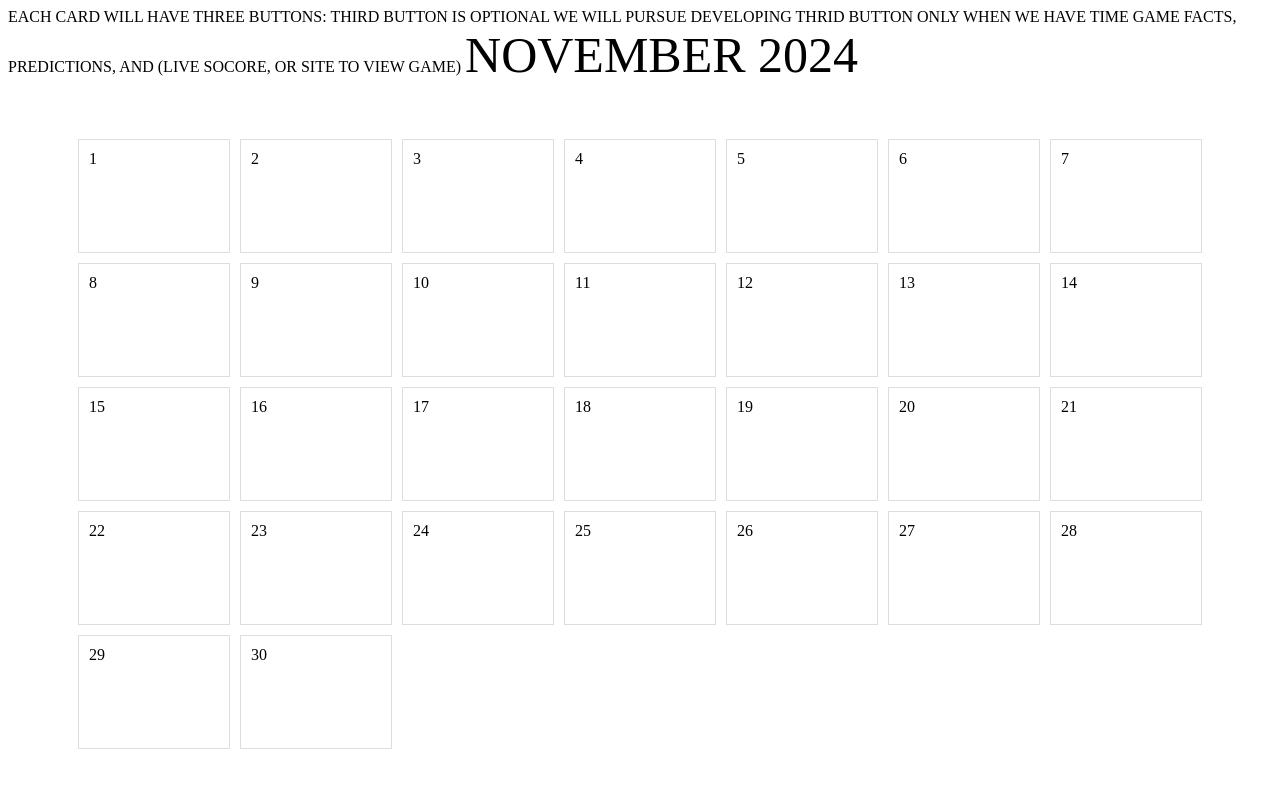
Repository: bredernd/Sports-Analytics
Page: http://localhost/CPS298_Nba/calendar
The author's editor kept a copy of each file at every save. The page is drawn from the files as they stood at one save, then again after the next save.
The browser window is 1280 px wide. The pictures show the whole page.
The page is served by Tomcat 9.

Above is the page before, as saved 2024-11-06 19:06:24.

After the next save:
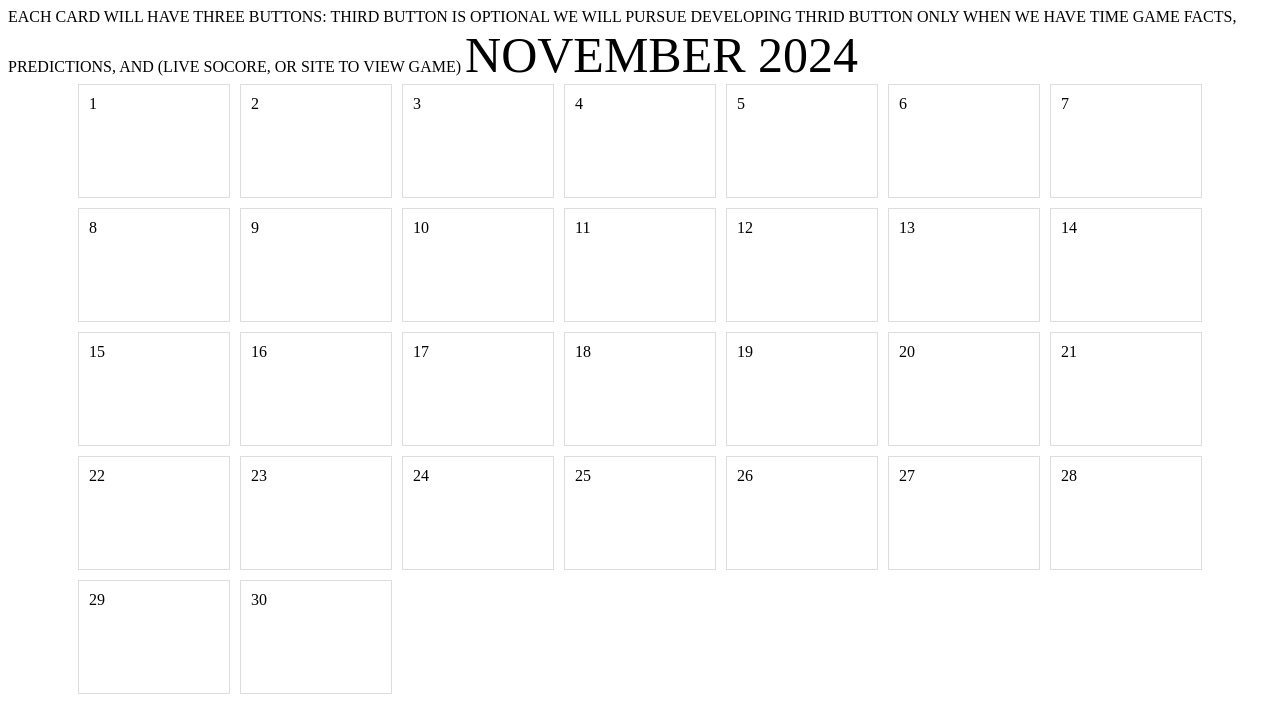
Saved 26 s later.
--- a/NBAProj/CPS298_Nba/src/main/webapp/WEB-INF/Views/calendar.jsp
+++ b/NBAProj/CPS298_Nba/src/main/webapp/WEB-INF/Views/calendar.jsp
@@ -11,7 +11,6 @@
 	display: flex;
     justify-content: center;
     align-items: center;
-    min-height: 100vh;
 	}
 
 	.calendar {
